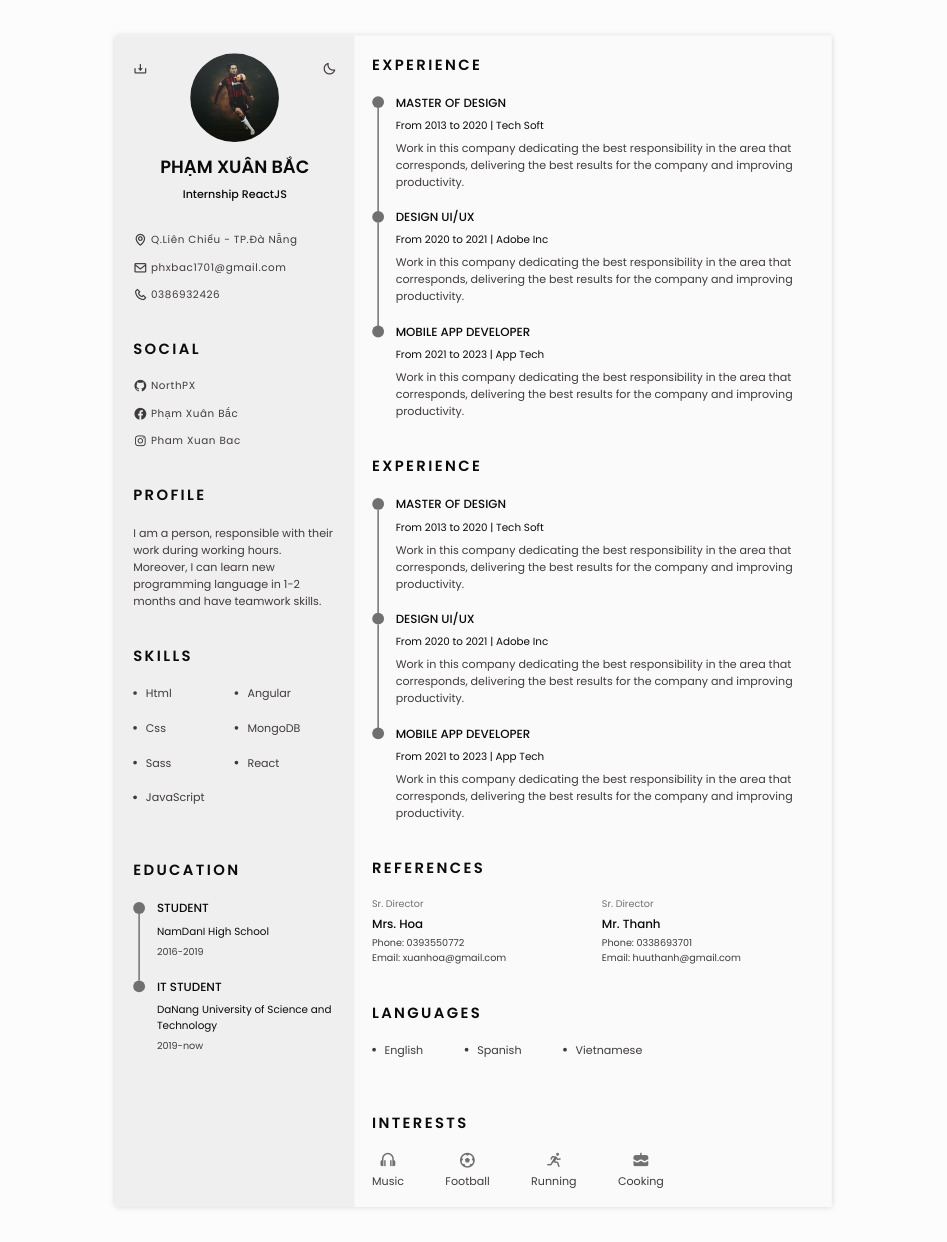
Repository: northpx/myCV
Page: index.html
These files come from the project's save history. The page is drawn as it stood at one moment and after a run of saves; the edit follows.
The browser window is 1280 px wide. The pictures show the whole page, at 74% of full size.

Above is the page before, as saved 2023-02-23 17:07:03.
Console error: TypeError: Cannot read properties of null (reading 'classList')

After the next 3 saves:
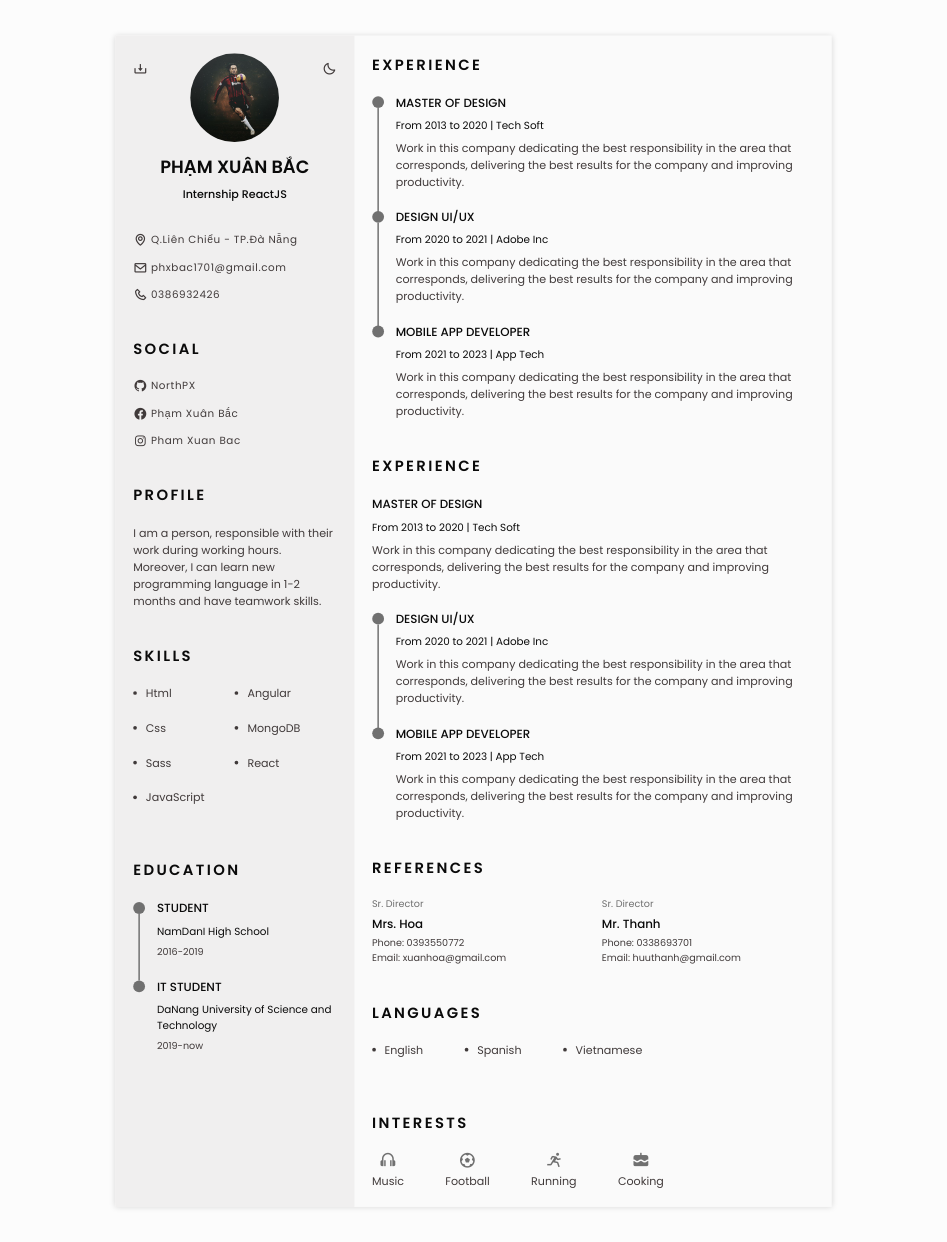
The 3 saves are shown as one change because they came seconds apart.
The last was saved 11 s later.
--- a/index.html
+++ b/index.html
@@ -226,9 +226,9 @@
                 <section class="project section" id="project">
                     <h2 class="section-title">experience</h2>
                     <div class="project__container bd-grid">
-                        <div class="experience__content">
-                            <div class="experience__time">
-                                <span class="experience__rounder"></span>
+                        <div class="project__content">
+                            <div class="project__time">
+                                <span class="project__rounder"></span>
                                 <span class="experience__line"></span>
                             </div>
                             <div class="experience__data bd-grid">
